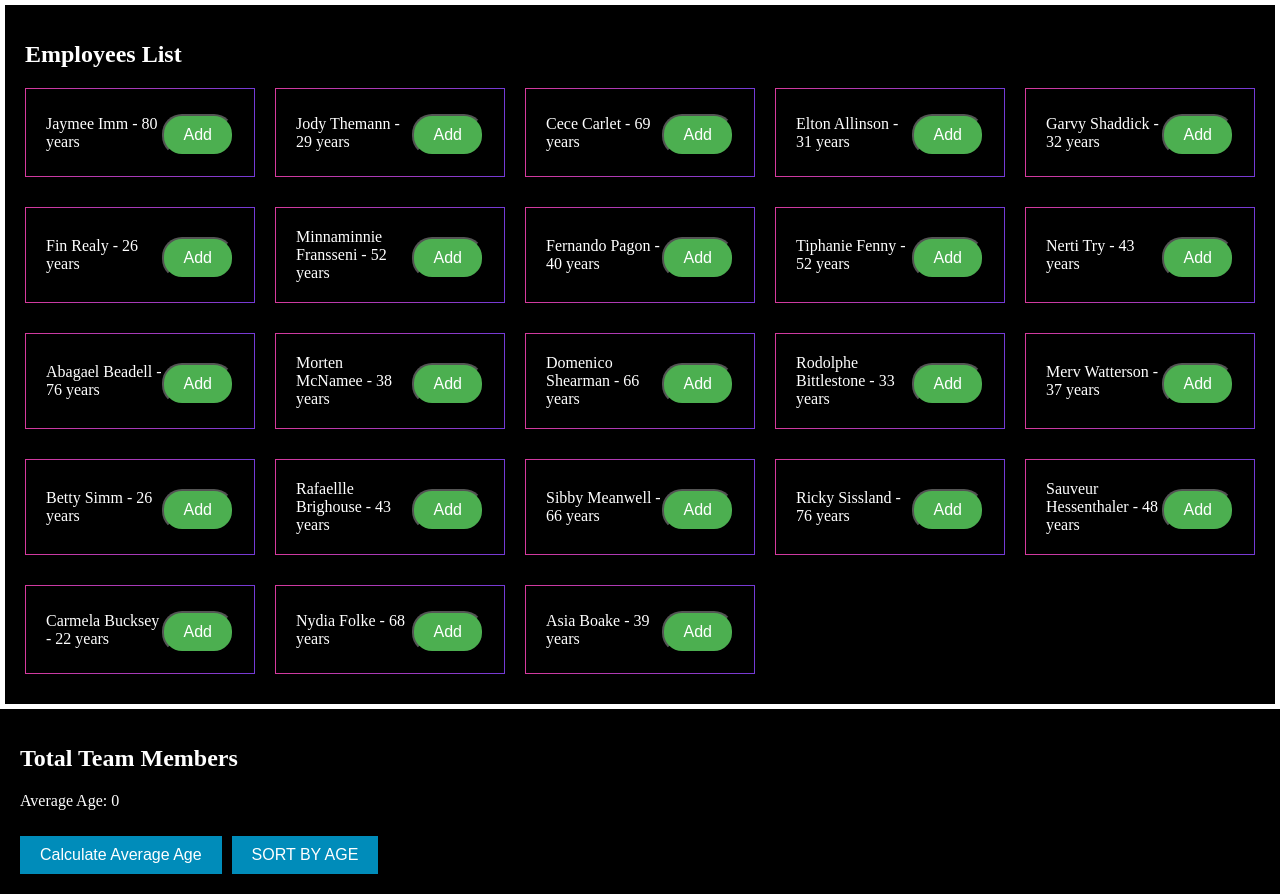
Repository: sriram1224/Teams-list
Page: /
The author's editor kept a copy of each file at every save. The page is drawn from the files as they stood at one save, then again after the next save.
The browser window is 1280 px wide. The pictures show the whole page.
The project was rebuilt for these pictures with package versions that can differ from the ones it lists, and the page was loaded fresh each time.

Above is the page before, as saved 2024-03-27 00:24:13.

After the next save:
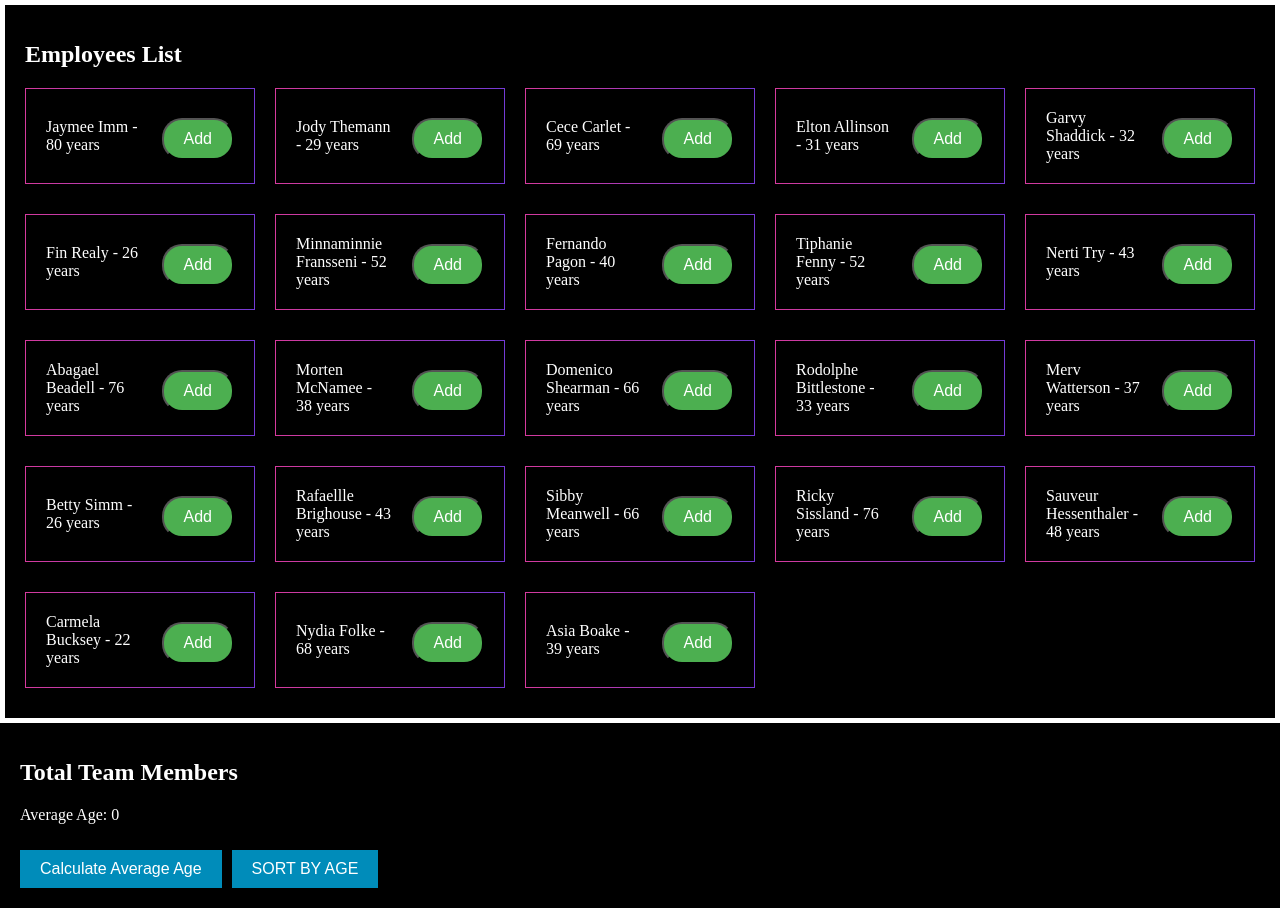
Saved 8 s later.
--- a/src/teamlist.css
+++ b/src/teamlist.css
@@ -10,7 +10,7 @@
 .employee-item {
     display: flex;
     align-items: center;
-    gao
+    gap: 20px;
     margin-bottom: 10px;
     padding: 20px;
     border: 4px solid;
